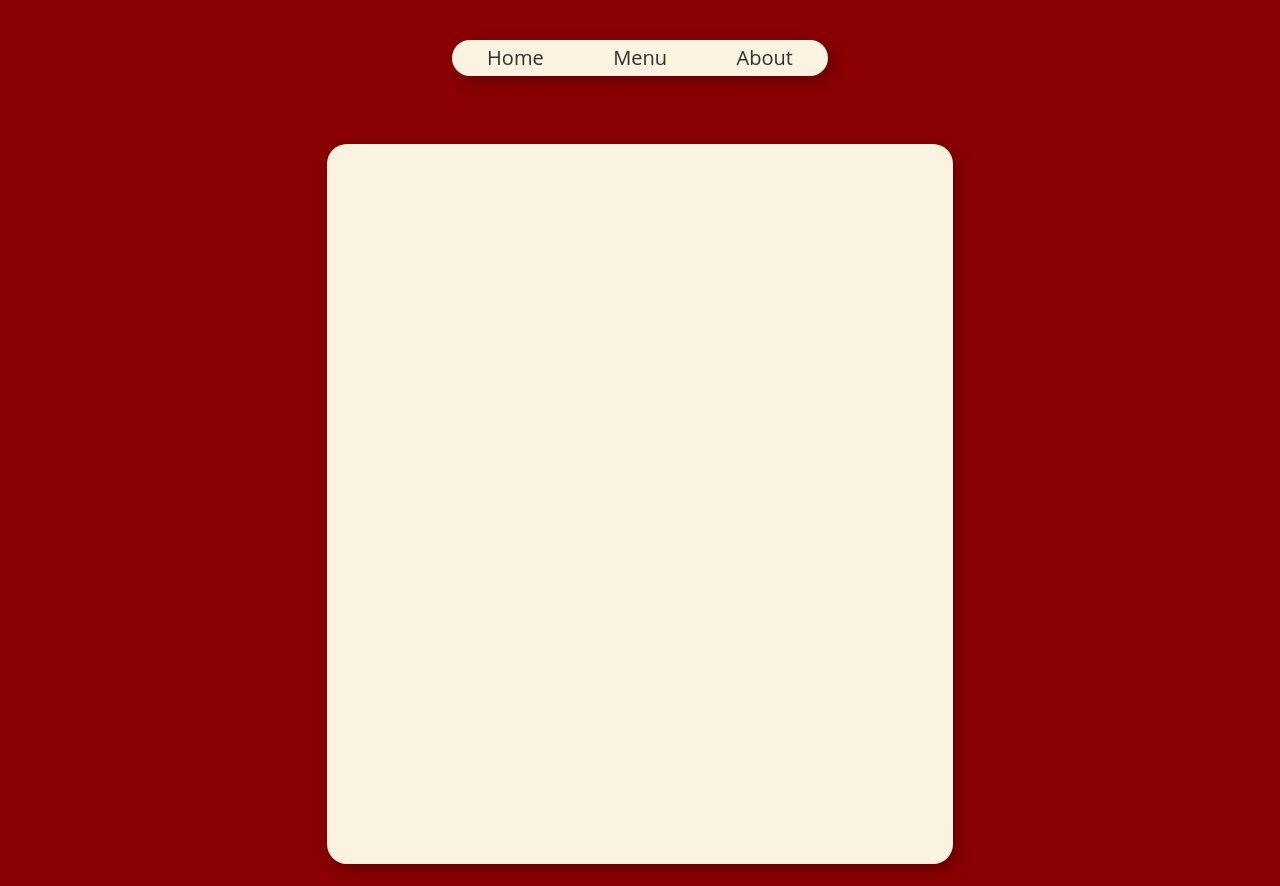
Repository: Dimitris2031/Restaurant-Front-page
Page: / (app in webpack-practice/)
The author's editor kept a copy of each file at every save. The page is drawn from the files as they stood at one save, then again after the next save.
The browser window is 1280 px wide. The pictures show the whole page.
The project was rebuilt for these pictures with package versions that can differ from the ones it lists, and the page was loaded fresh each time. Also part of the build but not shown: webpack-practice/webpack.config.js.

Above is the page before, as saved 2025-09-10 12:50:23.

After the next save:
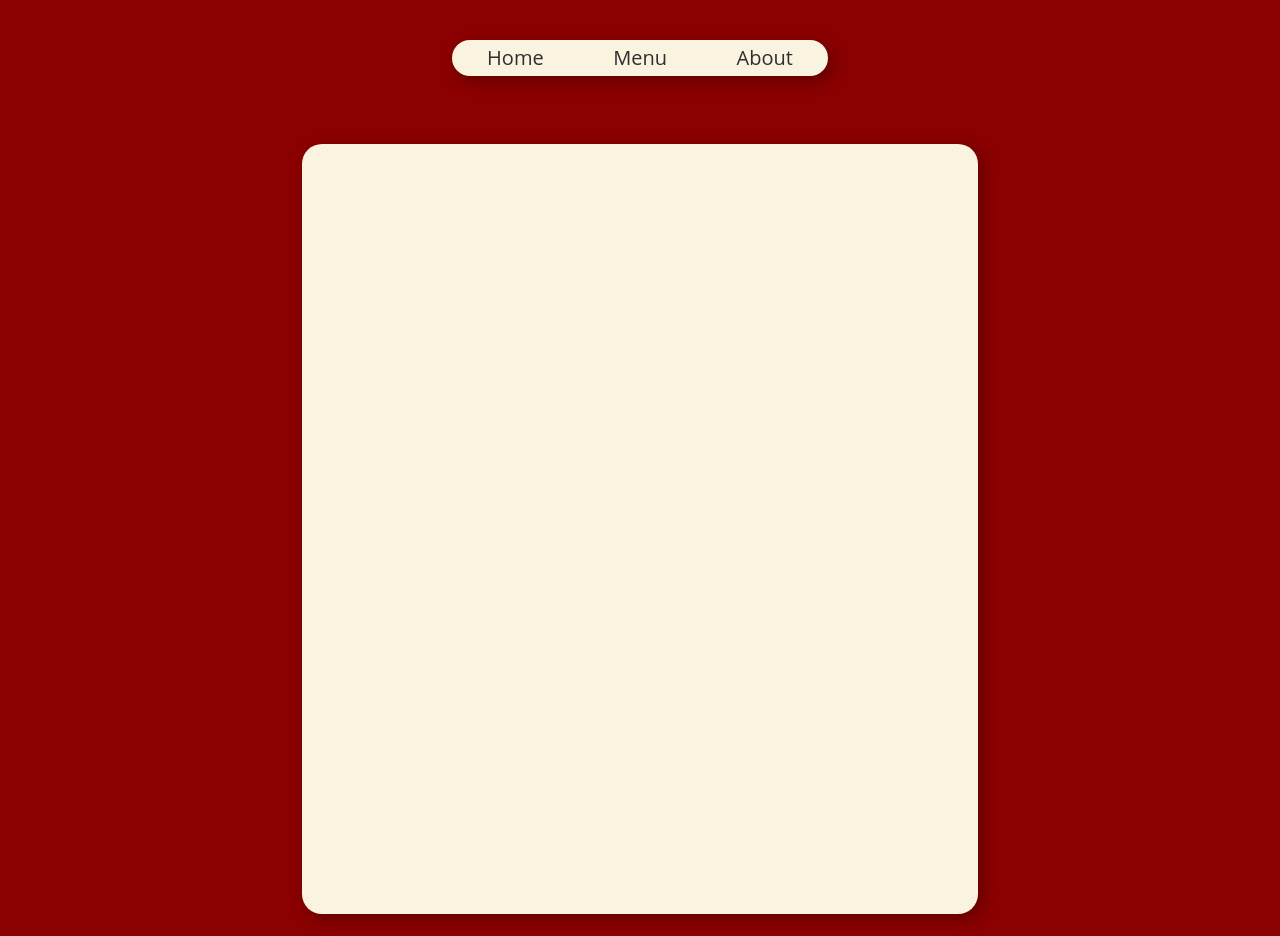
Saved 2 min 39 s later.
--- a/webpack-practice/src/styles.css
+++ b/webpack-practice/src/styles.css
@@ -73,6 +73,7 @@ nav{
   flex-direction: column;
   align-items: center;
   gap: 10vh;
+  padding: 2%;
 }
 
 #content div{
